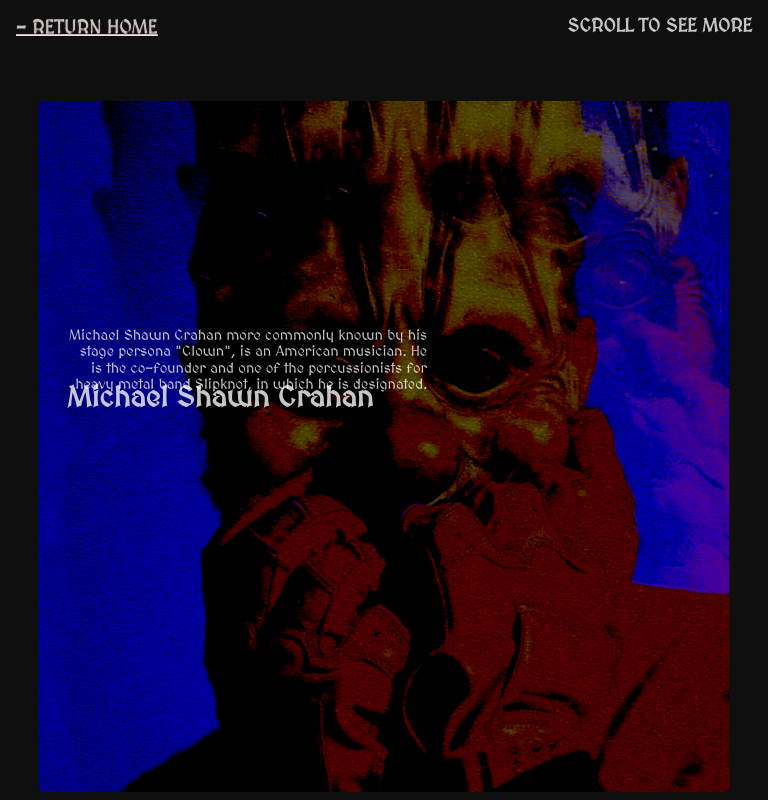
Repository: larissioana/artist-portfolio
Page: /band
The author's editor kept a copy of each file at every save. The page is drawn from the files as they stood at one save, then again after the next save.
The browser window is 768 px wide. The pictures show the whole page.
The project was rebuilt for these pictures with package versions that can differ from the ones it lists, and the page was loaded fresh each time. Also part of the build but not shown: vite.config.js, src/components/albums/albums.scss, src/utils/discography.js, src/components/modal/modal.scss, src/components/pageTransition/PageTransition.jsx, src/components/modal/Modal.jsx, src/components/albums/AlbumsPage.jsx, src/components/navigation/navigation.scss and 10 more.

Above is the page before, as saved 2024-11-04 11:10:42.

### index.html
<!doctype html>
<html lang="en">
  <head>
    <meta charset="UTF-8" />
    <link rel="icon" type="image/svg+xml" href="/public/img.png" />
    <meta name="viewport" content="width=device-width, initial-scale=1.0" />
    <link rel="preconnect" href="https://fonts.gstatic.com" crossorigin>
    <link rel="stylesheet" href="/src//index.css">
    <link href="https://fonts.googleapis.com/css2?family=MedievalSharp&display=swap" rel="stylesheet">
    <link rel="stylesheet" href="https://fonts.googleapis.com/css2?family=Material+Symbols+Outlined:opsz,wght,FILL,GRAD@20..48,100..700,0..1,-50..200" />
    <title>Artist Portfolio</title>
  </head>
  <body>
    <div id="root"></div>
    <script type="module" src="/src/main.jsx"></script>
  </body>
</html>

### src/index.css
*
{
  margin: 0;
  padding: 0;
  box-sizing: border-box;
  scrollbar-width: none;
}

body
{
  overflow-x: hidden;
  font-family: "MedievalSharp", cursive;
  background: rgb(16, 15, 15);
  color: rgb(198, 198, 198);
  scrollbar-width: none;
}

::-webkit-scrollbar {
 display: none;
}

img
{
  image-rendering: -webkit-optimize-contrast;
}

.link
{
  color: inherit;
  font-size: 1.2rem;
  text-transform: uppercase;
  color: rgb(205, 190, 190);
  text-shadow: 0px 1px 1px rgb(233, 223, 223);
}

### src/App.jsx
import { BrowserRouter, Routes, Route } from 'react-router-dom'
import AlbumsPage from './components/albums/AlbumsPage'
import Homepage from './components/homepage/Homepage'
import Tour from './components/tour/Tour'
import Films from './components/films/Films'
import { AnimatePresence } from 'framer-motion'
import PageTransition from './components/pageTransition/PageTransition'
import Band from './components/band/Band'

function App() {
  return (
    <BrowserRouter>
      <AnimatePresence layout="crossfade">
        <Routes>
          <Route path="/" element={<PageTransition><Homepage /></PageTransition>} />
          <Route path="/discography" element={<AlbumsPage />} />
          <Route path="/tour" element={<Tour />} />
          <Route path="/films" element={<Films />} />
          <Route path="/band" element={<Band />} />
        </Routes>
      </AnimatePresence>
    </BrowserRouter>
  )
}

export default App

### src/components/band/Band.jsx
import { useEffect, useRef, useState } from 'react'
import './band.css'
import { gsap } from 'gsap'
import { band } from '../../utils/band';
import Title from '../title/Title';
import { Link } from 'react-router-dom';

const Band = () => {
    const [currentSlide, setCurrentSlide] = useState(0);
    const slideRef = useRef([]);

    const handleScroll = (e) => {
        e.preventDefault();
        const { deltaY } = e;

        if (deltaY > 0) {
            setCurrentSlide((prev) => Math.min(prev + 1, band.length - 1))
        } else if (deltaY < 0) {
            setCurrentSlide((prev) => Math.max(prev - 1, 0))
        }
    };

    useEffect(() => {
        slideRef.current.forEach((slide, index) => {
            const isActive = index === currentSlide;
            gsap.to(slide, {
                scale: isActive ? 0.9 : 1,
                zIndex: isActive ? 10 : 1,
                duration: 0.5,
                ease: "power2.out",
                transform: `translateY(${(index - currentSlide) * 100}%)`
            })
        })
    }, [currentSlide]);

    useEffect(() => {
        window.addEventListener('wheel', handleScroll, { passive: false });
        return () => {
            window.removeEventListener('wheel', handleScroll);
        };
    }, []);

    return (
        <div className="band-container">
            <div className="band-link">
                <Link to="/" className="link"> {"- Return home"}</Link>
            </div>
            <div className="scroll">
                <h3>Scroll to see more</h3>
            </div>
            <div className="title-link">
                <Title />
            </div>
            {
                band.map((artist, index) => {
                    return <div
                        key={artist.id}
                        ref={(el) => (slideRef.current[index] = el)}
                        className="slide"
                        style={{
                            position: 'absolute',
                            top: 0,
                            left: 0,
                            width: '100%',
                            height: '100%',
                            display: 'flex',
                            borderRadius: ".4rem",
                            justifyContent: 'center',
                            alignItems: 'center',
                            zIndex: index === currentSlide ? 10 : 1,
                            opacity: index === currentSlide ? 1 : 0,
                        }}
                    >
                        <img src={artist.img} alt={artist.name} />
                        <h1>{artist.name}</h1>
                        <p>{artist.description}</p>
                    </div>
                })
            }
        </div>
    )
}

export default Band

### src/components/title/Title.jsx
import { useState, useEffect } from 'react'
import { Link, useLocation } from 'react-router-dom'
import './title.css'

const Title = () => {
    const [isScrolling, setIsScrolling] = useState(false);
    const location = useLocation();
    const pathname = location.pathname;

    useEffect(() => {
        const handleScroll = () => {
            if (window.scrollY > 40) {
                setIsScrolling(true);
            } else {
                setIsScrolling(false);
            }
        };
        window.addEventListener('scroll', handleScroll);
        return () => {
            window.removeEventListener('scroll', handleScroll);
        };
    }, []);

    return (
        <div className="title">
            <Link to="/" className="logo" style={{
                fontSize: isScrolling ? "2rem" : "3rem",
                textShadow: pathname === '/' ? " 3px 1px 1px rgb(172, 14, 14)" : "",
            }}>Slipknot</Link>
        </div>
    )
}

export default Title

### src/components/band/band.css
.band-container
{
    position: relative;
    height: 100vh;
    overflow: hidden;
    width: 100%;
}

.band-link
{
    position: absolute;
    top: 1rem;
    left: 1rem;
    z-index: 99;
}

.scroll
{
    position: absolute;
    right: 1rem;
    top: 1rem;
}

.scroll h3
{
    text-transform: uppercase;
}

.slide
{
    transition: transform 0.5s ease, opacity 0.5s ease;
    padding-top: 2rem;
}

.slide img
{
    width: 100%;
    height: 100%;
    object-fit: cover;
    object-position: top;
    border-radius: .4rem;
}

.slide h1
{
    position: absolute;
    top: 45%;
    transform: translateY(-45%);
    left: 2rem;
    mix-blend-mode: screen;
}

.slide p
{
    position: absolute;
    top: 55%;
    left: 2rem;
    transform: translateY(-50%);
    max-width: 400px;
    text-align: end;
    font-size: clamp(1rem, 2vw, 1.1rem);
    mix-blend-mode: screen;
}

@media screen and (max-width: 768px)
{
    .slide
    {
        margin-top: 2rem;
    }

    .title-link
    {
        display: none;
    }

    .slide p
    {
        top: 40%;
    }
}

### src/utils/band.js
import shawn from '../assets/shawn.png'
import corey from '../assets/corey.png'
import jim from '../assets/jim.png'
import mick from '../assets/mick.png'
import sid from '../assets/sid.png'
import pfaff from '../assets/pfaff.png'
import alessandro from '../assets/alessandro.png'
import eloy from '../assets/eloy.png'

export const band = [
    {
        id: 1,
        name: "Michael Shawn Crahan",
        description: 'Michael Shawn Crahan more commonly known by his stage persona "Clown", is an American musician. He is the co-founder and one of the percussionists for heavy metal band Slipknot, in which he is designated.',
        img: shawn
    },
    {
        id: 2,
        name: "Corey Todd Taylor",
        description: "Corey Todd Taylor is an American musician, songwriter, author and actor. He is the lead vocalist of the heavy metal band Slipknot, in which he is designated, as well as the lead vocalist, guitarist, lyricist, and sole continuous member of the rock band Stone Sour.",
        img: corey
    },
    {
        id: 3,
        name: "James Donald Root",
        description: "James Donald Root is an American guitarist. He is one of two guitarists for heavy metal band Slipknot, in which he is designated, as well as the former lead guitarist for rock band Stone Sour.",
        img: jim
    },
    {
        id: 4,
        name: 'Mick Thomson',
        description: 'Mickael Gordon "Mick" Thomson is an American musician. He is one of two guitarists for the heavy metal band Slipknot, in which he is designated.',
        img: mick
    },
    {
        id: 5,
        name: "Sid Wilson",
        description: "Sidney George Wilson is an American DJ and keyboardist. He is the turntablist for the heavy metal band Slipknot, in which he is designated.",
        img: sid
    },
    {
        id: 6,
        name: "Michael Pfaff",
        description: "Michael Pfaff also known as Tortilla Man, is an American musician, best known as one of the two current percussionists of heavy metal band Slipknot. He was also a member of the alternative rock band Dirty Little Rabbits as their keyboardist with Slipknot bandmate Shawn Crahan.",
        img: pfaff
    },
    {
        id: 7,
        name: "Alessandro Venturella",
        description: `Alessandro "Alex" Giovanni Venturella is a British musician who is the current bassist for American heavy metal band Slipknot. He previously has served as a lead guitarist for Krokodil and Cry for Silence. Earlier in his career, he was the touring guitar tech for Mastodon's Brent Hinds, Coheed and Cambria, Architects, and Fightstar.`,
        img: alessandro
    },
    {
        id: 8,
        name: "Eloy Casagrande",
        description: "Eloy Casagrande is a Brazilian musician, best known as the former drummer of Brazilian heavy metal band Sepultura. He is currently the drummer of Slipknot and Casagrande & Hanysz.",
        img: eloy
    }
]

### src/components/title/title.css
.title
{
    display: flex;
    justify-content: center;
    align-items: center;
    position: fixed;
    top: 0.3rem;
    left: 50%;
    transform: translateX(-50%);
    z-index: 999;
}
    .logo
    {
      background: linear-gradient(180deg, rgb(98, 28, 28), rgb(110, 3, 3));
      text-transform: lowercase;
      transition: all .5s ease-in;
      -webkit-background-clip: text;
      background-clip: text;
      color: transparent;
      font-weight: bolder;
      text-decoration: none;
      text-shadow: 3px 1px 1px rgb(172, 14, 14);
      text-shadow: 3px 1px 1px rgb(186, 172, 172);
    }

### src/components/header/header.scss
.header-img
{
  object-fit: cover;
  width: 100%;
  position: absolute;
  object-position: right;
  top: 0;
  left: 0;
  z-index: -1;
  height: 105vh;
}
.description
{
  width: 100%;
  overflow: hidden;
  white-space: nowrap;
  padding: 1rem;
  position: absolute;
  top: 80%;
  transform: translateY(-80%);
  color: rgb(242, 239, 239);
div
{
  display: inline-flex;
  align-items: center;
  font-weight: bolder;
  gap: 1rem;
  min-width: 200%;
  font-size: clamp(1rem, 2vw, 2.5rem);
  text-align: center;
  animation: slide 20s linear infinite;
  mix-blend-mode: multiply;
}
}

.btn
{
    border: 1px solid #7b7b7b;
    border-radius: 5rem 10rem;
    color: rgb(236, 234, 234);
    background: linear-gradient(to right, rgba(0, 0, 0, 0.6), rgb(39, 37, 38));
    backdrop-filter: blur(8px);
    font-weight: bolder;
    text-transform: capitalize;
    font-size: 1rem;
    padding: 1rem;
    cursor: pointer;
    position: absolute;
    bottom: 1rem;
    left: 1rem;
    transition: background .3s ease-in;
    &:hover
    {
      background: rgb(29, 29, 29);
    }
}


@keyframes slide
{
    0% {
      transform: translateX(0%);
    }
    100% {
      transform: translateX(-50%);
    }
}

@media screen and (max-width: 600px)
{
  .title
  {
    top: 4rem
  }
}

Loaded but not shown: src/main.jsx (common file)

After the next save:
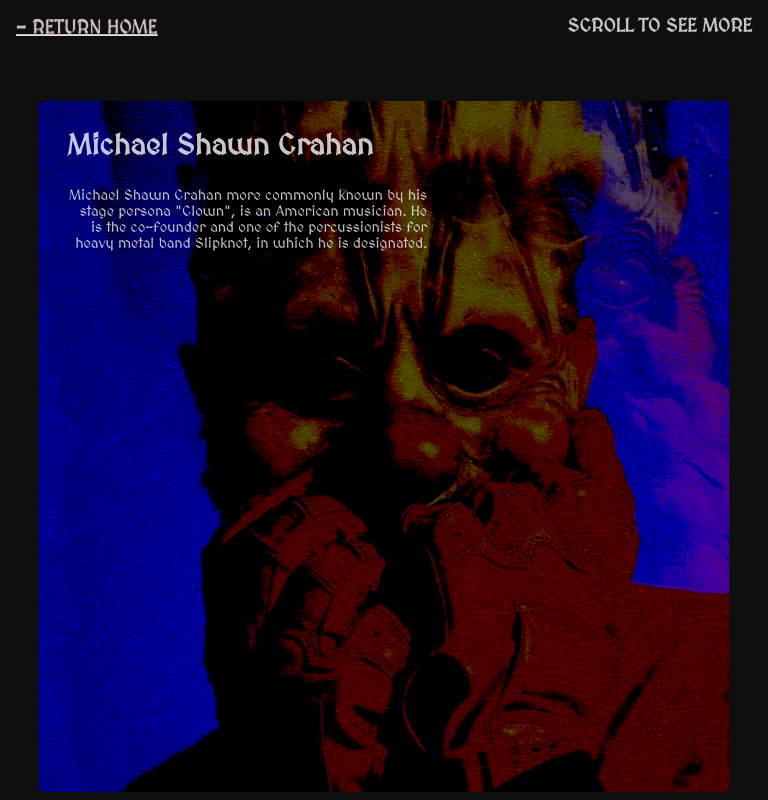
Saved 22 s later.
--- a/src/components/band/band.css
+++ b/src/components/band/band.css
@@ -44,8 +44,7 @@
 .slide h1
 {
     position: absolute;
-    top: 45%;
-    transform: translateY(-45%);
+    top: 4rem;
     left: 2rem;
     mix-blend-mode: screen;
 }
@@ -53,9 +52,8 @@
 .slide p
 {
     position: absolute;
-    top: 55%;
+    top: 8rem;
     left: 2rem;
-    transform: translateY(-50%);
     max-width: 400px;
     text-align: end;
     font-size: clamp(1rem, 2vw, 1.1rem);
@@ -73,9 +71,4 @@
     {
         display: none;
     }
-
-    .slide p
-    {
-        top: 40%;
-    }
 }
